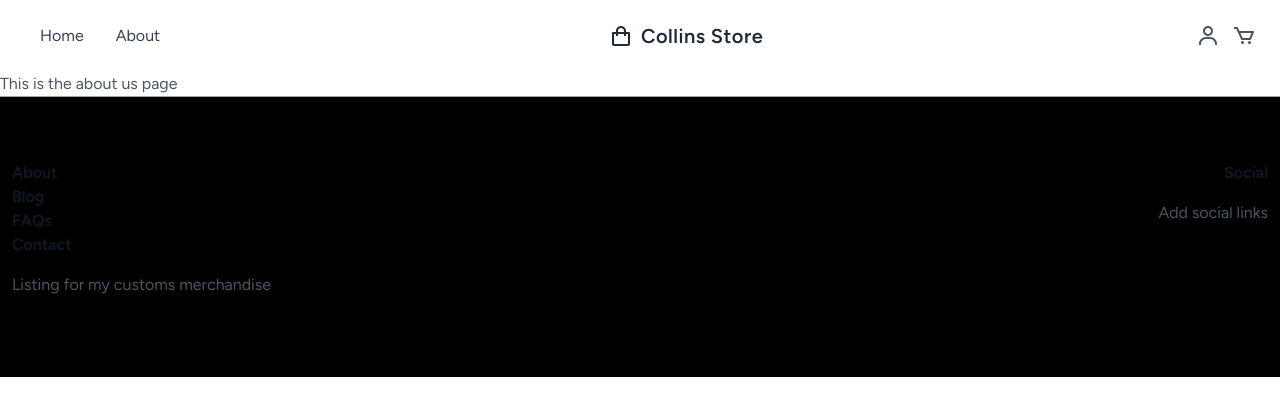
Repository: Collins145/e-commerce-website
Page: http://localhost/about
The author's editor kept a copy of each file at every save. The page is drawn from the files as they stood at one save, then again after the next save.
The browser window is 1280 px wide. The pictures show the whole page.
The page is served by the project's Laravel application, run on PHP 8.4 with Laravel 10. Style sheets and scripts are compiled from the project's sources, by tool versions that may differ from the author's.

Above is the page before, as saved 2023-06-17 14:01:30.

After the next save:
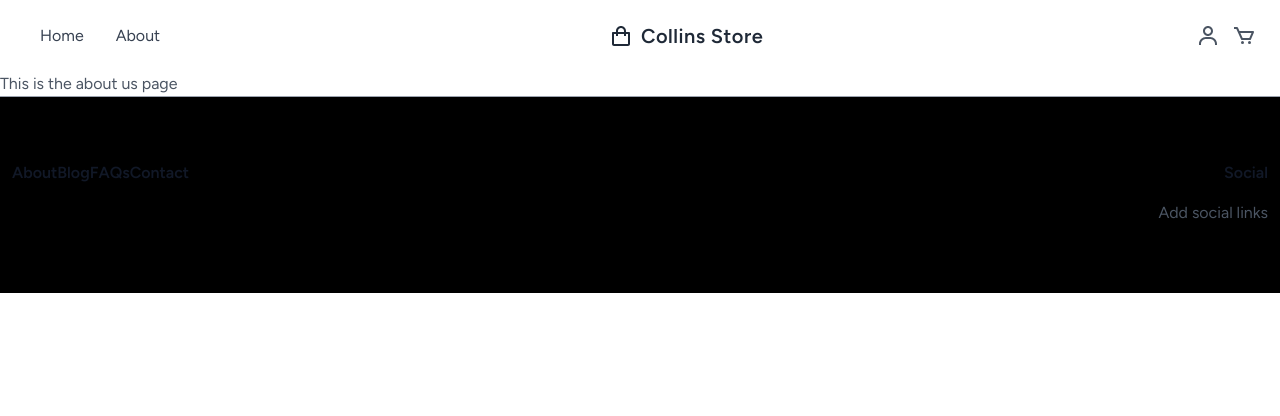
Saved 89 s later.
--- a/resources/views/components/site/footer.blade.php
+++ b/resources/views/components/site/footer.blade.php
@@ -2,14 +2,11 @@
         <div class="container flex px-3 py-8 ">
             <div class="w-full mx-auto flex flex-wrap">
                 <div class="flex w-full lg:w-1/2 ">
-                    <div class="px-3 md:px-0">
+                    <div class="flex px-3 md:px-0">
                         <h3 class="font-bold text-gray-900">About</h3>
                         <h3 class="font-bold text-gray-900">Blog</h3>
                         <h3 class="font-bold text-gray-900">FAQs</h3>
                         <h3 class="font-bold text-gray-900">Contact</h3>
-                        <p class="py-4">
-                            Listing for my customs merchandise
-                        </p>
                     </div>
                 </div>
                 <div class="flex w-full lg:w-1/2 lg:justify-end lg:text-right">
